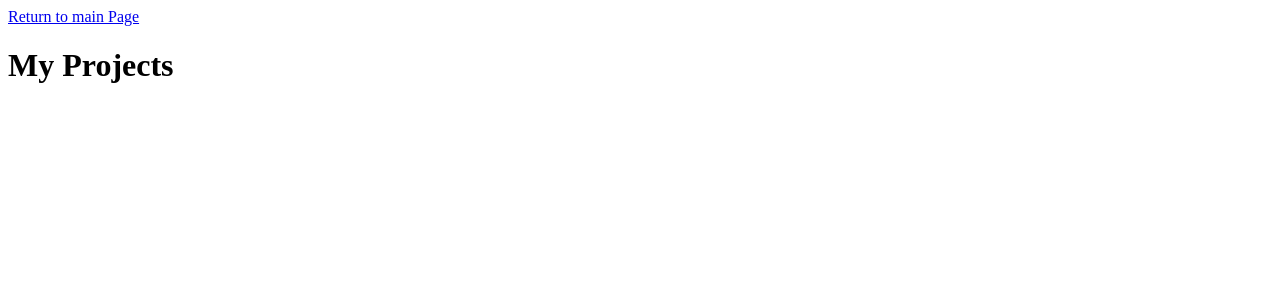
Repository: GodwinYeboah1/Java-Assignment-
Page: SpringIntro/springProjects/portfolio/src/main/resources/static/project.html
The author's editor kept a copy of each file at every save. The page is drawn from the files as they stood at one save, then again after the next save.
The browser window is 1280 px wide. The pictures show the whole page.

Above is the page before, as saved 2018-03-09 21:06:45.

### SpringIntro/springProjects/portfolio/src/main/resources/static/project.html
<!DOCTYPE html>
<html>
<head>
	<title></title>
	<link rel="stylesheet" type="text/css" href="css/style.css">

</head>
<body>

		<a href="/">Return to main Page</a>
				<h1>My Projects  </h1>

</body>
</html>

### SpringIntro/springProjects/portfolio/src/main/resources/static/css/style.css
body{
	backgorund : blue;
}
#aboutMe{
	border: 2px solid black;
	display: inline-block;
	width:300px;
}
#projects{
	border: 2px solid black;
	display: inline-block;
	width:200px;
}

After the next save:
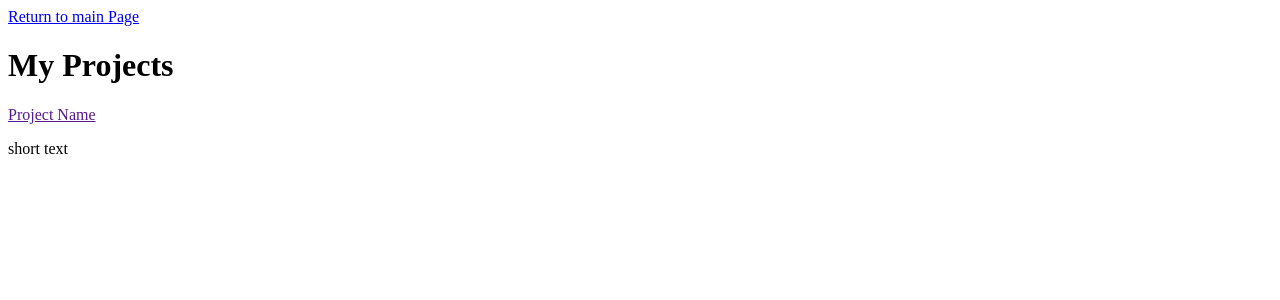
Saved 111 s later.
--- a/SpringIntro/springProjects/portfolio/src/main/resources/static/project.html
+++ b/SpringIntro/springProjects/portfolio/src/main/resources/static/project.html
@@ -10,5 +10,27 @@
 		<a href="/">Return to main Page</a>
 				<h1>My Projects  </h1>
 
+		<div>
+
+			<div>
+
+				<a href=""> Project Name</a>
+				<br>
+				<p>short text</p>
+
+
+			</div>
+			<div>
+
+
+			</div>
+			<div>
+
+
+			</div>
+
+
+		</div>
+
 </body>
 </html>
